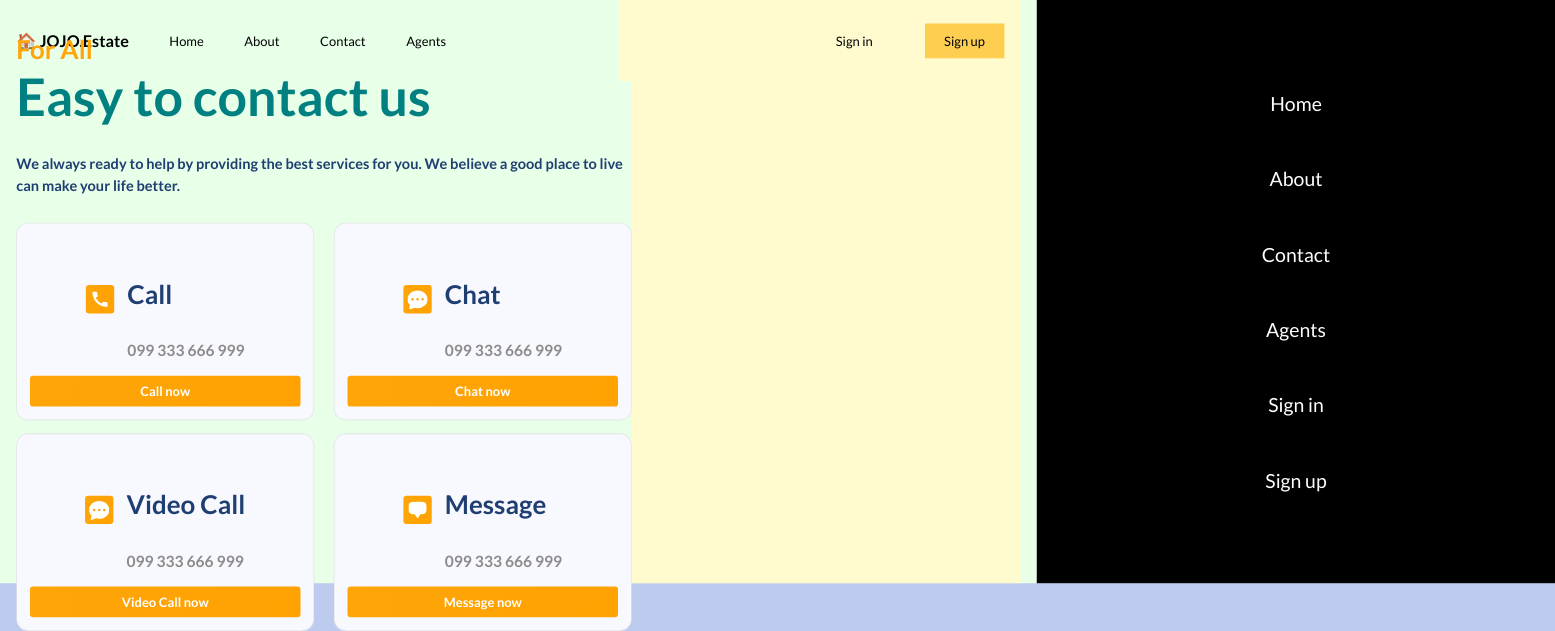
Repository: AiTrinh303/JOJO-estate
Page: /contact (app in client/)
The author's editor kept a copy of each file at every save. The page is drawn from the files as they stood at one save, then again after the next save.
The browser window is 1280 px wide. The page is 1920 px wide, so the pictures cover 1920 px, including what lies to the right of the window. The pictures show the whole page, at 81% of full size.
The page's requests for data from a server got no answer. The project was rebuilt for these pictures with package versions that can differ from the ones it lists, and the page was loaded fresh each time. No one was signed in, and anything a server would have sent is missing. Also part of the build but not shown: client/vite.config.js, client/src/components/searchBar/searchBar.scss, client/src/components/searchBar/SearchBar.jsx, client/src/routes/homePage/homePage.scss, client/src/routes/homePage/homePage.jsx, client/src/routes/listPage/listPage.scss, client/src/components/filter/filter.scss, client/src/components/filter/Filter.jsx and 30 more. Imported but missing from the stored project, and not drawn on this page: client/src/components/uploadWidget/UploadWidget.

Above is the page before, as saved 2024-10-15 15:05:12.

### client/index.html
<!DOCTYPE html>
<html lang="en">
  <head>
    <meta charset="UTF-8" />
    <link rel="icon" type="image/svg+xml" href="/logo.png" />
    <meta name="viewport" content="width=device-width, initial-scale=1.0" />
    <title>🏠JOJO Estate App</title>
    <meta name="description" content="Buy, Sell and Rent Properties" />
    <link
      href="https://fonts.googleapis.com/css2?family=Lato:ital,wght@0,100;0,300;0,400;0,700;0,900;1,100;1,300;1,400;1,700;1,900&display=swap"
      rel="stylesheet"
    />
  </head>
  <body>
    <div id="root"></div>
    <script type="module" src="/src/main.jsx"></script>
  </body>
</html>

### client/src/App.jsx
import { createBrowserRouter, RouterProvider } from "react-router-dom";
import { Layout, RequireAuth } from "./routes/layout/layout";
import HomePage from "./routes/homePage/homePage";
import ListPage from "./routes/listPage/listPage";
import SinglePage from "./routes/singlePage/singlePage";
import ProfilePage from "./routes/profilePage/profilePage";
import Login from "./routes/login/login";
import Register from "./routes/register/register";
import ProfileUpdatePage from "./routes/profileUpdatePage/profileUpdatePage";
import NewPostPage from "./routes/newPostPage/newPostPage";
import NotFoundPage from "./routes/notFoundPage/notFoundPage";
import { listPageLoader, profilePageLoader, singlePageLoader } from "./lib/loaders";
import AboutPage from "./routes/aboutPage/aboutPage";
import ContactPage from "./routes/contactPage/contactPage";

function App() {
  const router = createBrowserRouter([
    {
      path: "/",
      element: <Layout />,
      children: [
        {
          path: "/",
          element: <HomePage />,
        },
        {
          path: "/about",
          element: <AboutPage />,
        },
        {
          path: "/contact",
          element: <ContactPage />,
        },
        {
          path: "/list",
          element: <ListPage />,
          loader: listPageLoader,
        },
        {
          path: "/:id",
          element: <SinglePage />,
          loader: singlePageLoader,
        },
        {
          path: "/login",
          element: <Login />,
        },
        {
          path: "/register",
          element: <Register />,
        }
      ],
    },
    {
      path: "/",
      element: <RequireAuth />,
      children: [
        {
          path: "/profile",
          element: <ProfilePage />,
          loader: profilePageLoader
        },
        {
          path: "/profile/update",
          element: <ProfileUpdatePage />,
        },
        {
          path: "/add",
          element: <NewPostPage />,
        },
      ],
    },
    {
      path: "*",
      element: <NotFoundPage />,
    }
  ]);

  return <RouterProvider router={router} />;
}

export default App;

### client/src/index.scss
*{
  padding: 0;
  margin: 0;
  box-sizing: border-box;
}

a {
  text-decoration: none;
  color: inherit;
}

body{
  font-family: "Lato", sans-serif;
  overflow: hidden;
  background-color: #bdcbee;

}

### client/src/context/AuthContext.jsx
import { createContext, useEffect, useState } from "react";

export const AuthContext = createContext();

export const AuthContextProvider = ({ children }) => {
  const [currentUser, setCurrentUser] = useState(JSON.parse(localStorage.getItem("user")) || null );

  const updateUser = (data) => {
    setCurrentUser(data);
  };

  useEffect(() => {
    localStorage.setItem("user", JSON.stringify(currentUser));
  }, [currentUser]);

  return (
    <AuthContext.Provider value={{ currentUser,updateUser }}>
      {children}
    </AuthContext.Provider>
  );
};

### client/src/context/SocketContext.jsx
import { createContext, useContext, useEffect, useState } from "react";
import { io } from "socket.io-client";
import { AuthContext } from "./AuthContext";

export const SocketContext = createContext();

export const SocketContextProvider = ({ children }) => {
  const { currentUser } = useContext(AuthContext);
  const [socket, setSocket] = useState(null);

  useEffect(() => {
    setSocket(io("http://localhost:4444"));
  }, []);

  useEffect(() => {
    currentUser && socket?.emit("newUser", currentUser.id);
  }, [currentUser, socket]);

  return (
    <SocketContext.Provider value={{ socket }}>
      {children}
    </SocketContext.Provider>
  );
};

### client/src/routes/layout/layout.jsx
import "./layout.scss";
import Navbar from "../../components/navbar/Navbar";
import { Navigate, Outlet } from "react-router-dom";
import { useContext } from "react";
import { AuthContext } from "../../context/AuthContext";

function Layout() {
  return (
    <div className="layout">
      <div className="navbar">
        <Navbar />
      </div>
      <div className="content">
        <Outlet />
      </div>
    </div>
  );
}

function RequireAuth() {
  const { currentUser } = useContext(AuthContext);

  if (!currentUser) return <Navigate to="/login" />;
  else {
    return (
      <div className="layout">
        <div className="navbar">
          <Navbar />
        </div>
        <div className="content">
          <Outlet />
        </div>
      </div>
    );
  }
}

export { Layout, RequireAuth };

### client/src/lib/loaders.js
import { defer } from "react-router-dom";
import apiRequest from "./apiRequest";

export const singlePageLoader = async ({ request, params }) => {
  const res = await apiRequest("/posts/" + params.id);
  return res.data;
};

export const listPageLoader = async ({ request, params }) => {
  // console.log(request)
  const query = request.url.split("?")[1];
  const postPromise = apiRequest("/posts?" + query);
  return defer({
    postResponse: postPromise,
  });
};

export const profilePageLoader = async () => {
  const postPromise = apiRequest("/users/profilePosts");
  const chatPromise = apiRequest("/chats");
  return defer({
    postResponse: postPromise,
    chatResponse: chatPromise,
  });
};

### client/src/routes/contactPage/contactPage.jsx
import './contactPage.scss'
import { MdCall } from "react-icons/md";
import { BsFillChatDotsFill } from "react-icons/bs";
import { HiChatBubbleBottomCenter } from 'react-icons/hi2'

const ContactPage = () => {
  return (
    <div className="contactPage">
      <div className="textContainer">
        <h3 >For All</h3>
        <h1 >Easy to contact us</h1>
        <span className="secondaryText">
            We always ready to help by providing the best services for you.
            We believe a good place to live can make your life better.
        </span>

        <div className="contactContainer">
            {/* first row */}
            <div className="row">
              <div className="mode">
                <div className="flexStart">
                  <div className="icon">
                    <MdCall size={25} />
                  </div>
                  <div className="detail">
                    <span className="primaryText">Call</span>
                    <span className="secondaryText">099 333 666 999</span>
                  </div>
                </div>
                <div className="button">Call now</div>
              </div>

              <div className="mode">
                <div className="flexStart">
                  <div className="icon">
                    <BsFillChatDotsFill size={25} />
                  </div>
                  <div className="detail">
                    <span className="primaryText">Chat</span>
                    <span className="secondaryText">099 333 666 999</span>
                  </div>
                </div>
                <div className="button">Chat now</div>
              </div>
            </div>

            {/* second row */}
            <div className="row">
              <div className="mode">
                <div className="flexStart">
                  <div className="icon">
                    <BsFillChatDotsFill size={25} />
                  </div>
                  <div className="detail">
                    <span className="primaryText">Video Call</span>
                    <span className="secondaryText">099 333 666 999</span>
                  </div>
                </div>
                <div className="button">Video Call now</div>
              </div>

              <div className="mode">
                <div className="flexStart">
                  <div className="icon">
                    <HiChatBubbleBottomCenter size={25} />
                  </div>
                  <div className="detail">
                    <span className="primaryText">Message</span>
                    <span className="secondaryText">099 333 666 999</span>
                  </div>
                </div>
                <div className="button">Message now</div>
              </div>
            </div>
          </div>
      </div>

      <div className="imgContainer">
        <img src="/contact.png" alt="Contact" />
      </div>
    </div>
  )
}

export default ContactPage

### client/src/routes/layout/layout.scss
@import "../../responsive.scss";

.layout {
  height: 100vh;
  max-width: 1366px;
  margin-left: auto;
  margin-right: auto;
  padding-left: 20px;
  padding-right: 20px;
  background: rgb(232, 255, 232);

  @include lg {
    max-width: 1280px;
  }

  @include md {
    max-width: 768px;
  }

  @include sm {
    max-width: 640px;
  }

  .content {
    // flex: 1;
    height: calc(100vh - 100px);
  }
}

### client/src/components/navbar/Navbar.jsx
import { useContext, useState } from "react";
import "./navbar.scss";
import { Link } from "react-router-dom";
import { AuthContext } from "../../context/AuthContext";
import { useNotificationStore } from "../../lib/notificationStore";

function Navbar() {
  const [open, setOpen] = useState(false);

  const { currentUser } = useContext(AuthContext);

  const fetch = useNotificationStore((state) => state.fetch);
  const number = useNotificationStore((state) => state.number);

  if(currentUser) fetch();

  return (
    <nav>
      <div className="left">
        <Link to="/" className="logo">
          <span>🏠 JOJO.Estate</span>
        </Link>
        <Link to="/">Home</Link>
        <Link to="/about">About</Link>
        <Link to="/contact">Contact</Link>
        <a href="/">Agents</a>
      </div>

      <div className="right">
        {currentUser ? (
          <div className="user">
            <img src={currentUser.avatar || "/noavatar.jpg"} alt="avatar" />
            <span>{currentUser.username}</span>
            <Link to="/profile" className="profile">
              {number > 0 && <div className="notification">{number}</div>}
              <span>Profile</span>
            </Link>
          </div>
        ) : (
          <>
            <Link to="/login">Sign in</Link>
            <Link to="/register" className="register">
              Sign up
            </Link>
          </>
        )}

            <div className="menuIcon">
                <img
                  src="/menu.png"
                  alt="menu"
                  onClick={() => setOpen((prev) => !prev)}/>
            </div>

        <div className={open ? "menu active" : "menu"}>
          <Link to="/">Home</Link>
          <Link to="/about">About</Link>
          <Link to="/contact">Contact</Link>
          <a href="/">Agents</a>
          <Link to="/login">Sign in</Link>
          <Link to="/register">Sign up</Link>
        </div>

      </div>
    </nav>
  );
}

export default Navbar;

### client/src/lib/apiRequest.js
import axios from "axios";


const apiRequest = axios.create({
  baseURL: "http://localhost:8888/api",
  withCredentials: true,
});

export default apiRequest;

### client/src/routes/contactPage/contactPage.scss
@import "../../responsive.scss";

.contactPage{
    display: flex;
    height: 100%;

    .textContainer {
      flex: 3;
      display: flex;
      flex-direction: column;
      justify-content: center;
      align-items: flex-start;

      h1{
        font-size: 64px;
        color: #008080;
      }

      h3 {
        color : #FFA508;
        font-size: 32px;
      }

      span {
        color: #1f3e72;
        font-weight: bold;
        font-size: 18px;
        line-height: 1.5;
        margin-top: 2rem;
       }

      .contactContainer{
        display: flex;
        flex-direction: column;
        justify-content: center;
        align-items: flex-start;
        margin-top: 2rem;
        gap: 1rem;

        .row{
            display: flex;
            justify-content: flex-start;
            align-items: center;
            gap: 1.5rem;

            .mode{
                display: flex;
                justify-content: center;
                align-items: center;
                flex-direction: column;
                width: 23rem;
                padding: 1rem;
                border: 0.8px solid rgba(115, 114, 114, 0.143);
                border-radius: 15px;
                gap: 1rem;
                transition: all 300ms ease-in;
                background: #f8f8ff;
                .flexStart{
                    display: flex;
                    justify-content: flex-start;
                    align-items: center;
                    gap: 1rem;
                    .icon {
                        display: flex;
                        justify-content: center;
                        align-items: center;
                        color: white;
                        background: linear-gradient(97.05deg, #FFA508 3.76%, #ffa202 100%);
                        border: none;
                        border-radius: 4px;
                        padding: 5px;
                    }
                    .detail{
                        display: flex;
                        flex-direction: column;
                        justify-content: center;
                        align-items: flex-start;
                        padding-top: 15px;
                        .primaryText {
                            color: #1f3e72;
                            font-weight: bold;
                            font-size: 2rem;
                          }

                        .secondaryText {
                            color: rgb(140 139 139);
                            font-size: 1.2rem;
                          }
                    }
                }
                .button{
                    display: flex;
                    justify-content: center;
                    align-items: center;
                    font-weight: 500;
                    width: 100%;
                    padding: 0.6rem 1.4rem;
                    color: white;
                    font-weight: 700;
                    background: linear-gradient(97.05deg, #FFA508 3.76%, #ffa202 100%);
                    border: none;
                    border-radius: 4px;
                    transition: all 300ms ease-in;

                    &:hover {
                        background: white;
                        color: #FFA508;
                        border: 1px solid #FFA508;
                    }
                }
            }

        }
      }
    }

    .imgContainer {
        flex: 2;
        background-color: #fffbce;
        position: relative;
        display: flex;
        align-items: center;

        @include md {
          display: none;
        }

        img {
          width: 100%;
          position: absolute;
          border-top-left-radius: 250px;
          border-top-right-radius: 250px;
          border: 8px solid rgb(232 232 232 / 93%);
          right: -5px;
          opacity: 0;
          animation: fade-in-slide-up 2s ease-in-out forwards;

          @include lg {
            width: 85%;
          }
        }
    }

}

### client/src/responsive.scss
@mixin sm {
  @media (max-width: 738px) {
    @content;
  }
};

@mixin md {
  @media (max-width: 1024px) {
    @content;
  }
};

@mixin lg {
  @media (max-width: 1366px) {
    @content;
  }
};

### client/src/components/navbar/navbar.scss
@import "../../responsive.scss";

nav {
  height: 100px;
  display: flex;
  justify-content: space-between;
  align-items: center;

  a {
    transition: all 0.4s ease;

    @include sm {
      display: none;
    }

    &:hover {
      scale: 1.08;
    }
  }

  .left {
    flex: 3;
    display: flex;
    align-items: center;
    gap: 50px;

    .logo {
      font-weight: bold;
      font-size: 20px;
      display: flex;
      align-items: center;
      gap: 3px;

      span {
        @include md {
          display: none;
        }

        @include sm {
          display: initial;
        }
      }
    }
  }
  .right {
    flex: 2;
    display: flex;
    align-items: center;
    justify-content: flex-end;
    background-color: #fffbce;
    ;
    height: 100%;

    @include md {
      background-color: transparent;
    }

    a {
      padding: 12px 24px;
      margin: 20px;
    }

    .user{
      display: flex;
      align-items: center;
      font-weight: bold;

      img{
        width: 40px;
        height: 40px;
        border-radius: 50%;
        object-fit: cover;
        margin-right: 20px;
      }

      span{
        @include sm{
          display: none;
        }
      }

      .profile{
        padding: 12px 24px;
        background-color: #fece51;
        cursor: pointer;
        border: none;
        position: relative;

        .notification{
          position: absolute;
          top: -8px;
          right: -8px;
          background-color: red;
          color: white;
          border-radius: 50%;
          width: 26px;
          height: 26px;
          display: flex;
          align-items: center;
          justify-content: center;
        }

      }
    }

    .register {
      background-color: #fece51;
    }

    .menuIcon {
      display: none;
      z-index: 999;

      img {
        width: 36px;
        height: 36px;
        cursor: pointer;
      }

      @include sm {
        display: inline;
      }
    }

    .menu {
      position: absolute;
      top: 0;
      right: -50%;
      background-color: black;
      color: white;
      height: 100vh;
      width: 50%;
      transition: all 1s ease;
      display: flex;
      flex-direction: column;
      align-items: center;
      justify-content: center;
      font-size: 24px;

      &.active {
        right: 0;
      }

      @include sm {
        a {
          display: initial;
        }
      }
    }
  }
}

Loaded but not shown: client/src/main.jsx (common file); client/src/lib/accordion.jsx (common file); client/src/lib/notificationStore.js (common file)

After the next save:
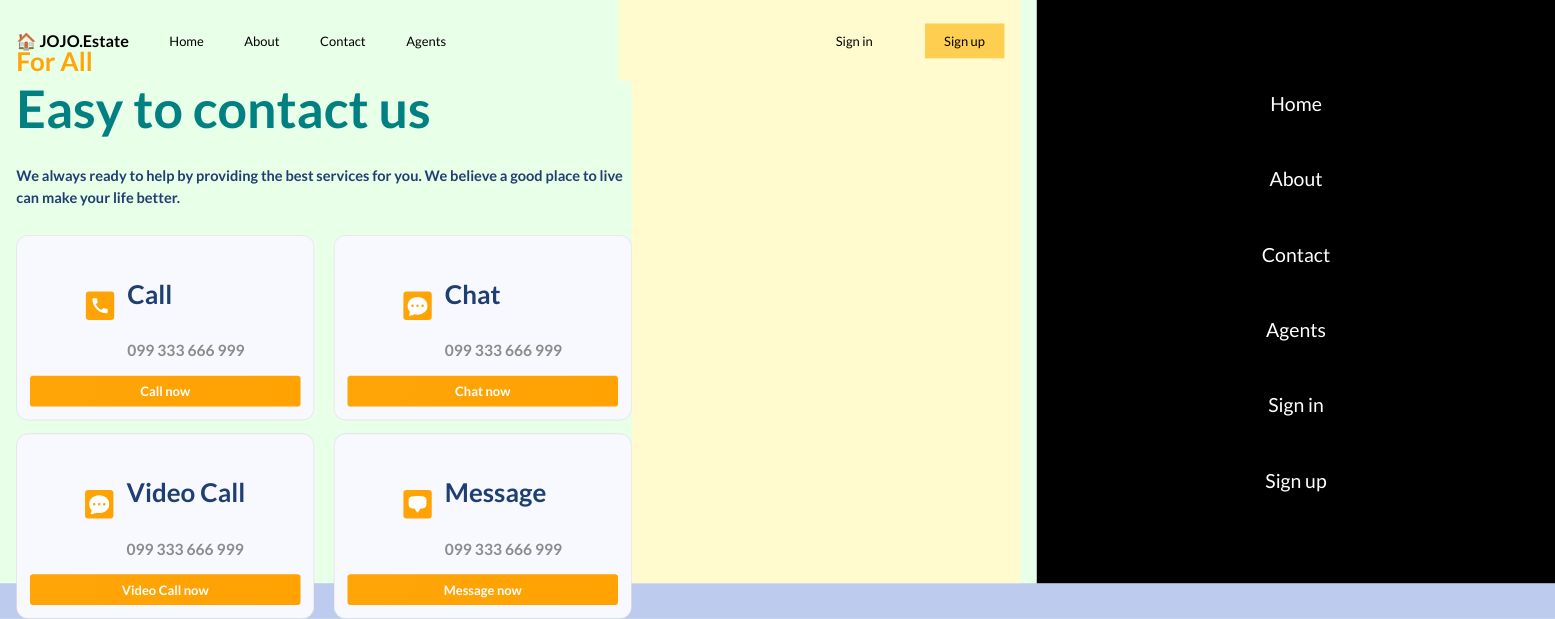
Saved 66 s later.
--- a/client/src/routes/contactPage/contactPage.scss
+++ b/client/src/routes/contactPage/contactPage.scss
@@ -75,7 +75,7 @@
                         flex-direction: column;
                         justify-content: center;
                         align-items: flex-start;
-                        padding-top: 15px;
+                        // padding-top: 15px;
                         .primaryText {
                             color: #1f3e72;
                             font-weight: bold;
